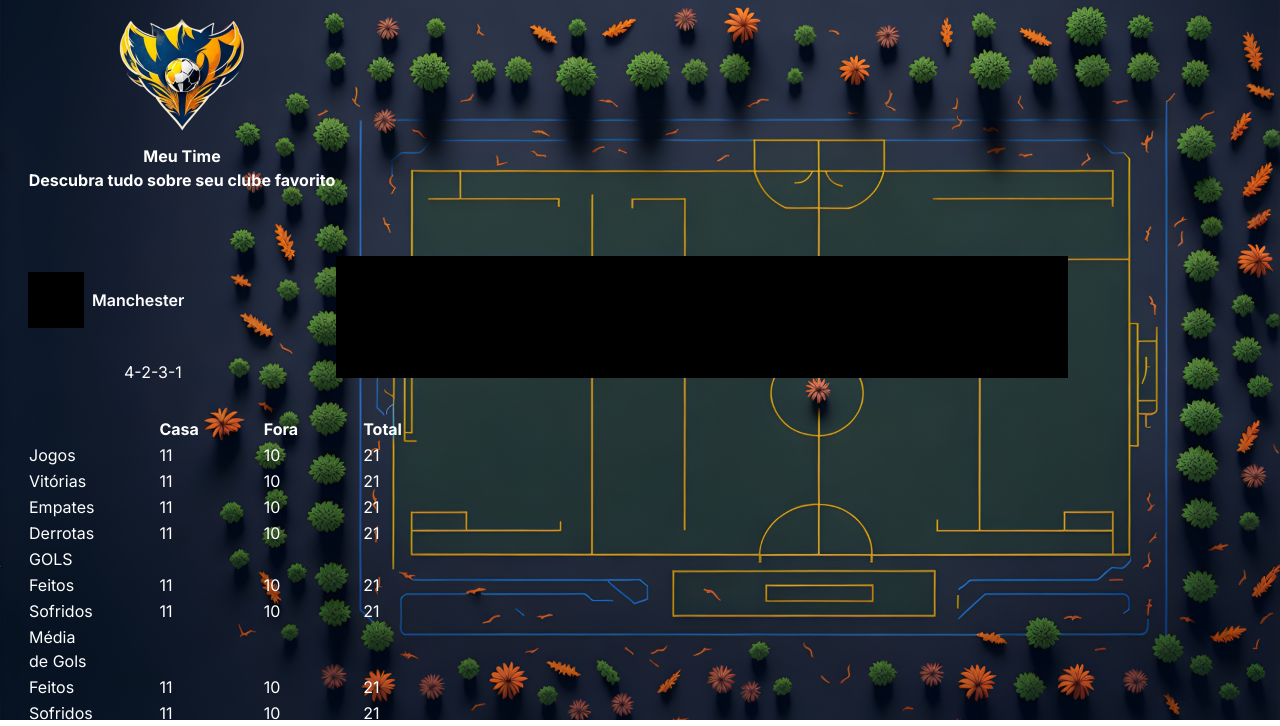
Repository: LuizAGDomingues/MeuTimeApp
Page: /statistics
An editor plug-in stored every save of this project. The page is shown before and after the next save, followed by the edit.
The browser window is 1280 px wide. The pictures show the whole page.
The project was rebuilt for these pictures with package versions that can differ from the ones it lists, and the page was loaded fresh each time. The framework's server and built-in components were replaced by stand-ins that run in the browser. Also part of the build but not shown: next.config.js.

Above is the page before, as saved 2023-05-26 14:17:03.

After the next save:
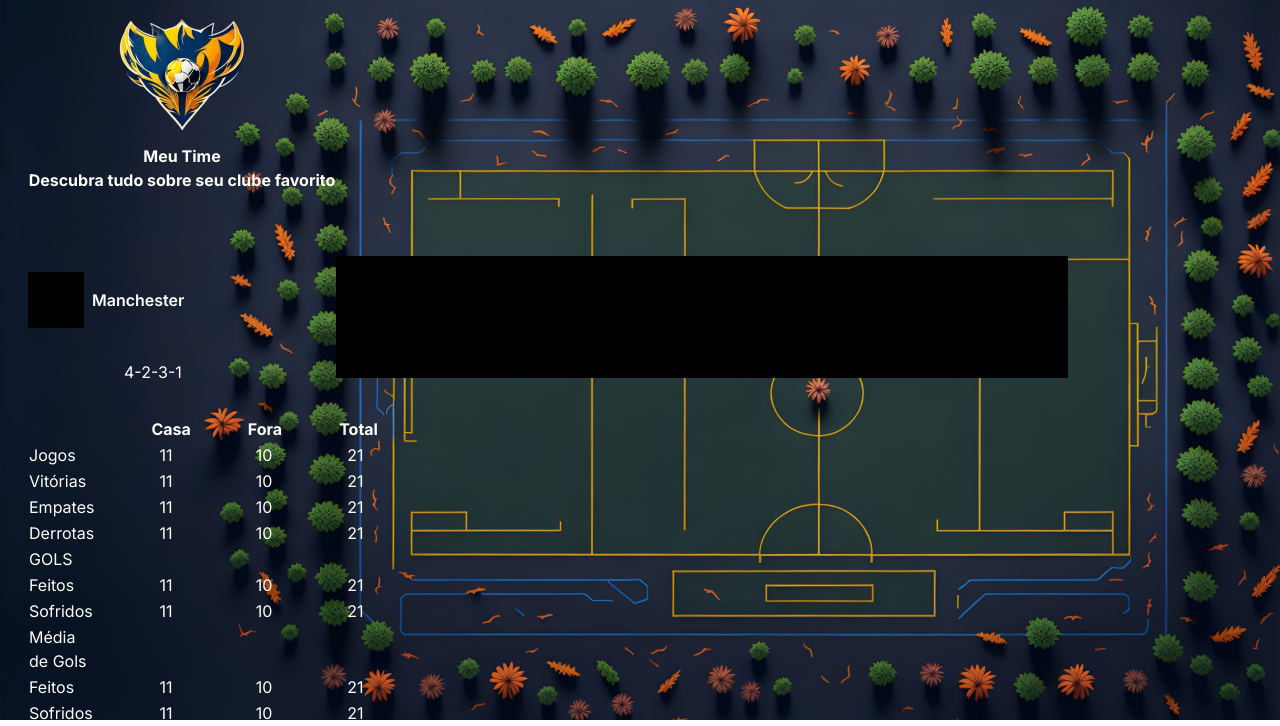
Saved 11 s later.
--- a/src/app/statistics/page.tsx
+++ b/src/app/statistics/page.tsx
@@ -64,9 +64,9 @@ function page() {
             <thead>
               <tr>
                 <th></th>
-                <th className="text-center pl-16">Casa</th>
-                <th className="text-center pl-16">Fora</th>
-                <th className="text-center pl-16">Total</th>
+                <th className="text-center pl-14">Casa</th>
+                <th className="text-center pl-14">Fora</th>
+                <th className="text-center pl-14">Total</th>
               </tr>
             </thead>
             <tbody>
